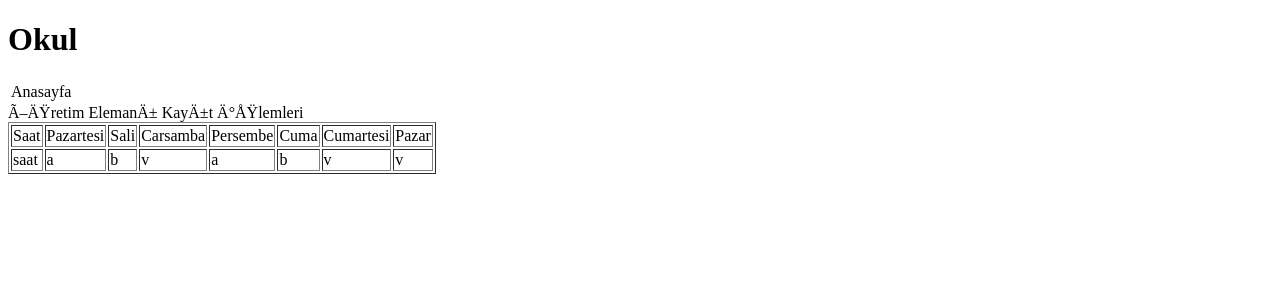
Repository: Egemen-ve-Burakhan-internet-final/final
Page: http://localhost/ogretim/
The author's editor kept a copy of each file at every save. The page is drawn from the files as they stood at one save, then again after the next save.
The browser window is 1280 px wide. The pictures show the whole page.
The page is served by Tomcat 9. Other server files are loaded and not shown.

Above is the page before, as saved 2020-05-25 13:48:15.

### okul/ogretim/WebContent/index.jsp
<%@ page language="java" contentType="text/html; charset=ISO-8859-1"
    pageEncoding="ISO-8859-1"%>
<!DOCTYPE html>
<html>
<head>
<meta charset="ISO-8859-1">
<title>Insert title here</title>
</head>
<body>
	<div>
		<div>
			<h1>Okul</h1>
		</div>

		<div>
		<table>
			<tr>
				<td><a>Anasayfa</a>&nbsp&nbsp&nbsp&nbsp&nbsp&nbsp</td>
			</tr>
		</table>

			<a>Öğretim Elemanı Kayıt İşlemleri</a>
		</div>

		<div>
			<table border = 1px>
				<tr>
					<td>Saat</td>
					<td>Pazartesi</td>
					<td>Sali</td>
					<td>Carsamba</td>
					<td>Persembe</td>
					<td>Cuma</td>
					<td>Cumartesi</td>
					<td>Pazar</td>
				</tr>
				<tr>
					<td>saat</td>
					<td>a</td>
					<td>b</td>
					<td>v</td>
					<td>a</td>
					<td>b</td>
					<td>v</td>
					<td>v</td>
				</tr>
			</table>
		</div>

	</div>
</body>
</html>

After the next save:
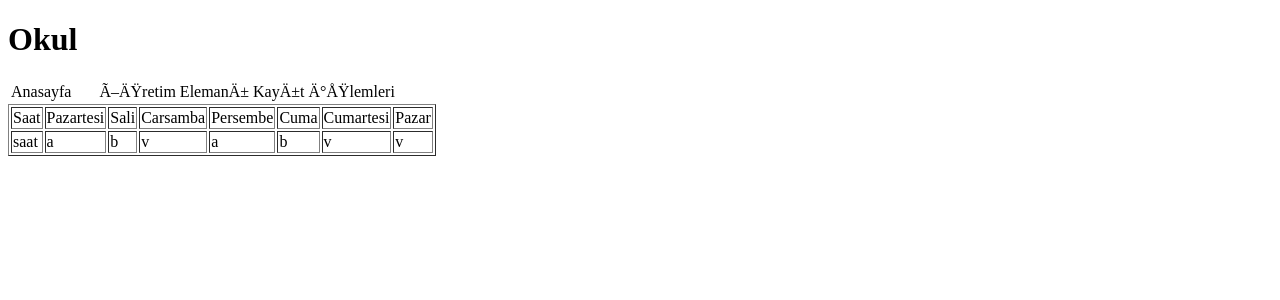
Saved 12 s later.
--- a/okul/ogretim/WebContent/index.jsp
+++ b/okul/ogretim/WebContent/index.jsp
@@ -16,10 +16,11 @@
 		<table>
 			<tr>
 				<td><a>Anasayfa</a>&nbsp&nbsp&nbsp&nbsp&nbsp&nbsp</td>
+				<td><a>Öğretim Elemanı Kayıt İşlemleri</a></td>
 			</tr>
 		</table>
 
-			<a>Öğretim Elemanı Kayıt İşlemleri</a>
+
 		</div>
 
 		<div>
